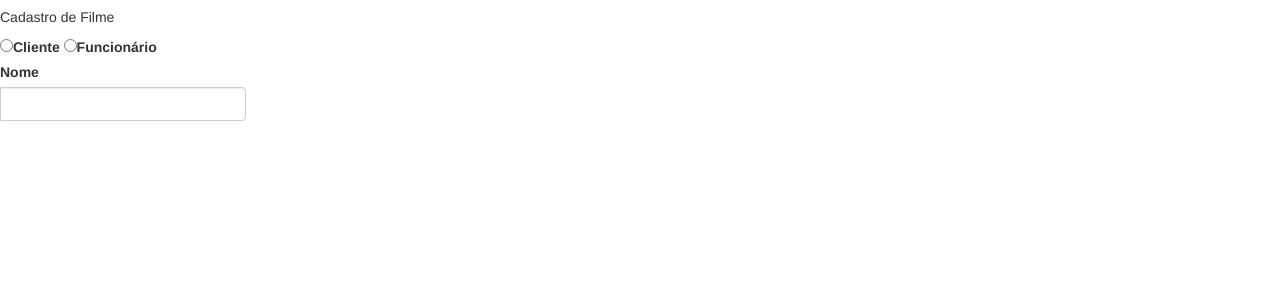
Repository: cadupedrassani/CursoDeJava
Page: Avaliação/BaseAPI/WebApp/src/main/webapp/usuario/cadastro.html
These files come from the project's save history. The page is drawn as it stood at one moment and after the next save; the edit follows.
The browser window is 1280 px wide. The pictures show the whole page.

Above is the page before, as saved 2016-12-07 16:24:27.

### Avaliação/BaseAPI/WebApp/src/main/webapp/usuario/cadastro.html
<!DOCTYPE html>
<html>
<head>
<meta charset="UTF-8">
<title>Insert title here</title>
<link rel="stylesheet" href="/WebApp/resources/css/bootstrap.min.css">
</head>
<body>
<div>
	<h5>Cadastro de Filme</h5>
</div>

<div>
<label>
	<input type="radio" name="tipo-usuario" value="0">Cliente
</label>
<label>
	<input type="radio" name="tipo-usuario" value="1">Funcionário
</label>
</div>

<div class="input-group">
	<label>Nome</label>
	<input id="nome-usuario"
	       type="text"
	       class="form-control"></input>
</div>
</br>

<div id="modal-mensagens" class="modal fade" tabindex="-1" role="dialog">
	<div class="modal-dialog" role="document">
		<div class="modal-content">
			<div class="modal-header">
				<h5 id="modal-title" class="modal-title"></h5>
			</div>
			<div class="modal-body">
				<label id="modal-mensagem"></label>
			</div>
			<div class="modal-footer">
				<button type="button"
						class="btn btn-default gold"
						data-dismiss="modal">OK</button>
			</div>
		</div>
	</div>
</div>

<script src="/WebApp/resources/js/jquery.min.js"></script>
<script src="/WebApp/resources/js/bootstrap.min.js"></script>
<script src="/WebApp/resources/js/default.js"></script>

<script src="/WebApp/resources/js/usuario.js"></script>

</body>
</html>

### Avaliação/BaseAPI/WebApp/src/main/webapp/resources/js/default.js

function abrirTelaCadastroCategoria(){
	var url = "/WebApp/categoria/cadastro.html";
	$.get(url, '', function(data){
		$('#conteudo-principal').html(data);
	})
}

function abrirTelaPesquisaCategoria(){
	var url = "/WebApp/categoria/pesquisa.html";
	$.get(url, '', function(data){
		$('#conteudo-principal').html(data)
	})
}


function abrirTelaCadastroEndereco(){
	var url = "/WebApp/endereco/cadastro.html";
	$.get(url, '', function(data){
		$('#conteudo-principal').html(data);
	})
}

function abrirTelaCadastroFilme(){
	var url = "/WebApp/filme/cadastro.html";
	$.get(url, '', function(data){
		$('#conteudo-principal').html(data);
	})
}

function abrirTelaCadastroUsuario(){
	var url = "/WebApp/usuario/cadastro.html";
	$.get(url, '', function(data){
		$('#conteudo-principal').html(data);
	})
}

Loaded but not shown: Avaliação/BaseAPI/WebApp/src/main/webapp/resources/css/bootstrap.min.css (library); Avaliação/BaseAPI/WebApp/src/main/webapp/resources/js/jquery.min.js (library); Avaliação/BaseAPI/WebApp/src/main/webapp/resources/js/bootstrap.min.js (library); Avaliação/BaseAPI/WebApp/src/main/webapp/resources/js/usuario.js (no copy from this time; the picture is the same without it)

After the next save:
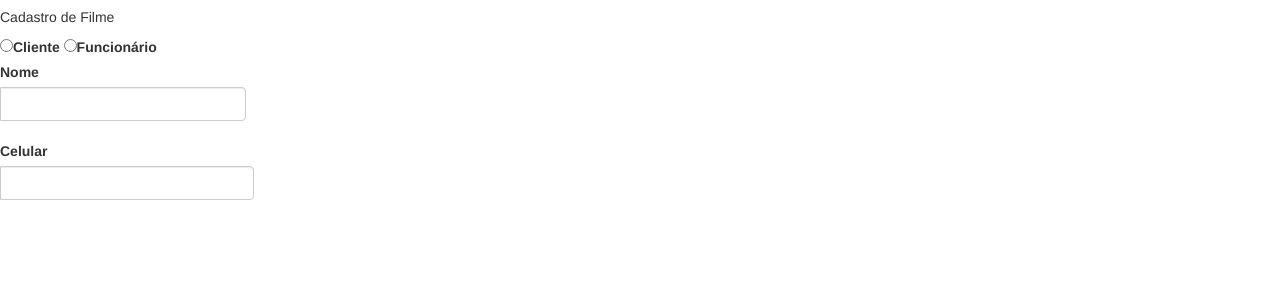
Saved 11 s later.
--- a/Avaliação/BaseAPI/WebApp/src/main/webapp/usuario/cadastro.html
+++ b/Avaliação/BaseAPI/WebApp/src/main/webapp/usuario/cadastro.html
@@ -21,6 +21,14 @@
 
 <div class="input-group">
 	<label>Nome</label>
+	<input id="nome-usuario"
+	       type="text"
+	       class="form-control"></input>
+</div>
+</br>
+
+<div class="input-group">
+	<label>Celular</label>
 	<input id="nome-usuario"
 	       type="text"
 	       class="form-control"></input>
